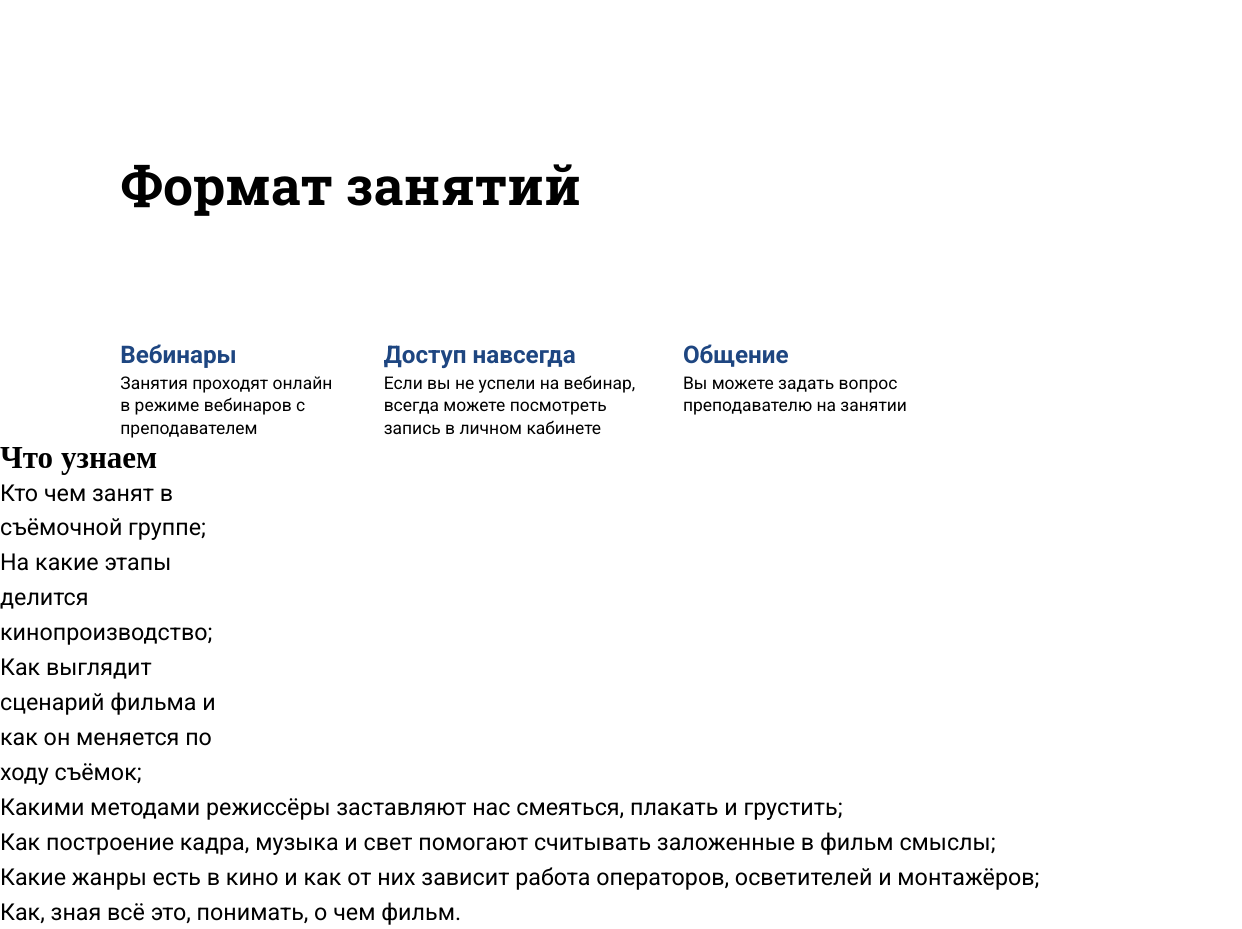
Repository: PoladEziz/Task2
Page: index.html
The author's editor kept a copy of each file at every save. The page is drawn from the files as they stood at one save, then again after the next save.
The browser window is 1280 px wide. The pictures show the whole page, at 97% of full size.

Above is the page before, as saved 2023-05-04 17:35:20.

### index.html
<!DOCTYPE html>
<html lang="en">

<head>
    <meta charset="UTF-8">
    <meta http-equiv="X-UA-Compatible" content="IE=edge">
    <meta name="viewport" content="width=device-width, initial-scale=1.0">
    <title>Document</title>
    <link rel="stylesheet" href="index.css">
</head>

<body>
    <div class="main">
        <div class="page-1">
            <h1>Формат занятий</h1>
            <div class="top_child">

                <ul>
                    <li>
                        <h2>Вебинары</h2>
                        <p>Занятия проходят онлайн
                            в режиме вебинаров
                            с преподавателем</p>
                    </li>

                    <li>
                        <h2>Доступ навсегда</h2>
                        <p>Если вы не успели на вебинар, всегда можете посмотреть запись в личном кабинете</p>
                    </li>

                    <li>
                        <h2>Общение</h2>
                        <p>Вы можете задать вопрос
                            преподавателю на занятии</p>
                    </li>


                </ul>
            </div>

        </div>
        <div class="page-2">
            <h1>Что узнаем</h1>
            <ul>
                <li>Кто чем занят в съёмочной группе; </li>
                <li>На какие этапы делится кинопроизводство; </li>
                <li>Как выглядит сценарий фильма и как он меняется по ходу съёмок; </li>
                <li>Какими методами режиссёры заставляют нас смеяться, плакать и грустить; </li>
                <li>Как построение кадра, музыка и свет помогают считывать заложенные в фильм смыслы; </li>
                <li>Какие жанры есть в кино и как от них зависит работа операторов, осветителей и монтажёров; </li>
                <li>Как, зная всё это, понимать, о чем фильм.</li>
            </ul>




        </div>


    </div>
</body>

</html>

### index.css
@import url("https://fonts.googleapis.com/css2?family=Roboto+Slab:wght@700&family=Roboto:wght@700&display=swap");
@import url("https://fonts.googleapis.com/css2?family=Roboto&family=Roboto+Slab:wght@700&display=swap");

* {
  margin: 0;
  padding: 0;
}

.main {
  width: 100%;
  display: flex;
  flex-direction: column;
}

.page-1 {
  padding-top: 162px;
  padding-left: 124px;
  padding-right: 344px;
}

.page-1 h1 {
  margin-bottom: 133px;
  font-family: "Roboto Slab";
  font-style: normal;
  font-weight: 700;
  font-size: 55px;
  line-height: 55px;
}
.page-1 ul {
  width: 100%;
  display: flex;
  justify-content: space-between;
}
.page-1 ul li {
  list-style-type: none;
}
li:nth-child(1) {
  width: 223px;
}
li:nth-child(2) {
  width: 260px;
}
li:nth-child(3) {
  width: 232px;
}
.page-1 ul li h2 {
  font-family: "Roboto";
  font-style: normal;
  font-weight: 700;
  font-size: 25px;
  line-height: 130%;
  color: #1e4681;
}

.page-1 ul li p {
  font-family: "Roboto";
  font-style: normal;
  font-weight: 400;
  font-size: 18px;
  line-height: 130%;
}

.top_child {
  display: flex;
  flex-direction: row;
  width: 100%;
}

.page-1 h1 {
  width: 100%;
}

.bot_box {
  width: 100%;
  display: flex;
  flex-direction: column;
}

.bot_box h1 {
  font-family: Roboto Slab;
  font-size: 55px;
  font-weight: 700;
  line-height: 56px;
  text-align: left;
}

.page-2 ul li {
  font-family: Roboto;
  font-size: 24px;
  font-weight: 400;
  line-height: 36px;
  text-align: left;
}

After the next save:
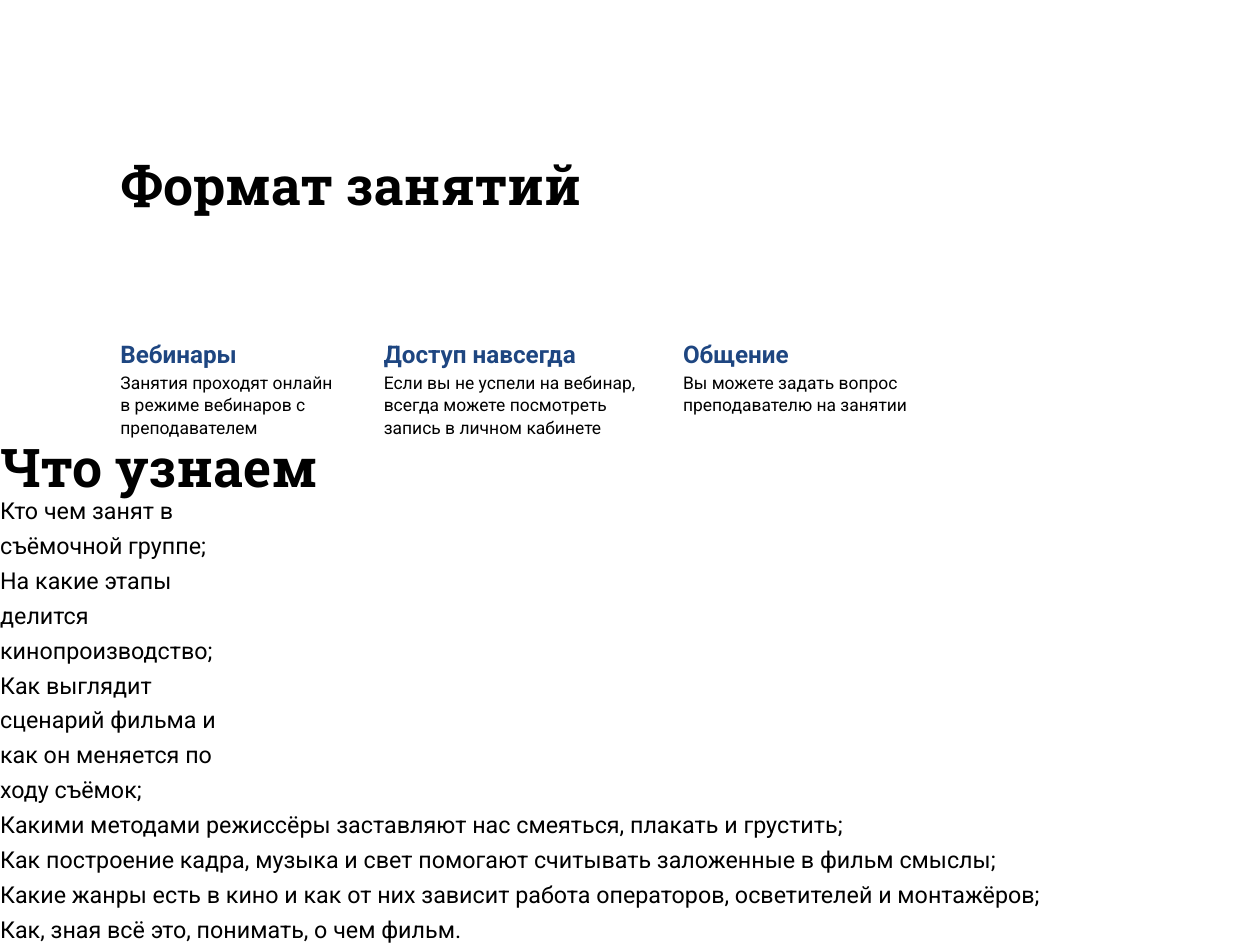
Saved 4 s later.
--- a/index.css
+++ b/index.css
@@ -76,7 +76,7 @@ li:nth-child(3) {
   flex-direction: column;
 }
 
-.bot_box h1 {
+.page-2 h1 {
   font-family: Roboto Slab;
   font-size: 55px;
   font-weight: 700;
